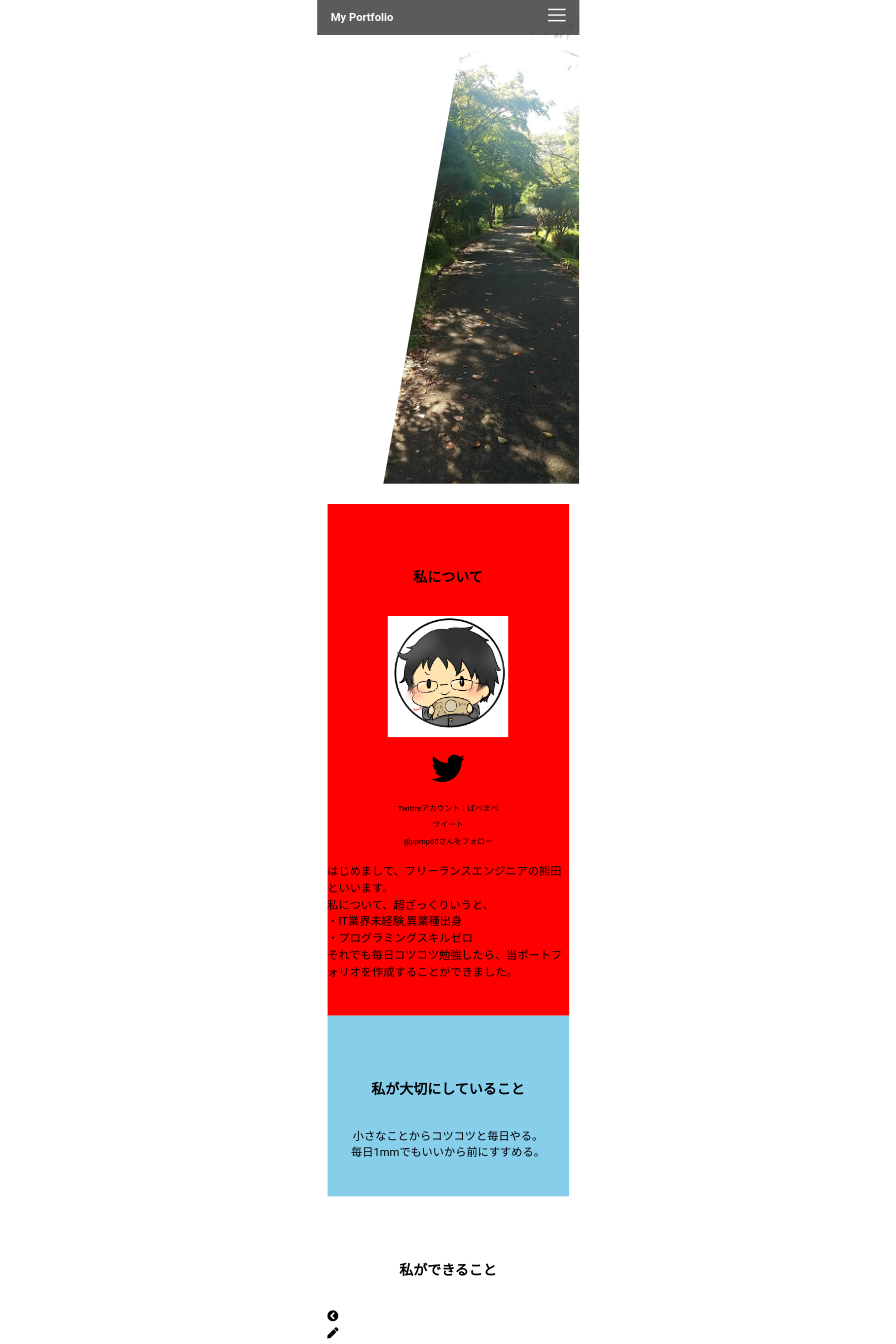
Repository: ppmp556/portfolio6
Page: index copy.html
These files come from the project's save history. The page is drawn as it stood at one moment and after the next save; the edit follows.
The browser window is 1280 px wide. The pictures show the part of the page from y = 0 to 1920 px (the page is 3189 px tall), at 70% of full size.
Some web libraries are served in a nearby version. The style sheet was rebuilt from its Sass, Less or Tailwind sources for each picture, by a compiler version that may differ from the author's.

Above is the page before, as saved 2020-10-12 22:17:00.
Console error: TypeError: Cannot read properties of null (reading 'addEventListener')

### index copy.html
<!DOCTYPE html>
<html ja>
  <head>
    <meta charset="utf-8" />
    <meta
      name="viewport"
      content="width=device-width, initial-scale=1.0, maximum-scale=1.0, minimum-scale=1.0"
    />
    <title>ポートフォリオ</title>
    <link rel="stylesheet" href="css/faundation.css" />
    <link rel="stylesheet" href="css/main.css" />
    <link
      href="https://use.fontawesome.com/releases/v5.6.1/css/all.css"
      rel="stylesheet"
    />
    <script src="https://ajax.googleapis.com/ajax/libs/jquery/3.4.1/jquery.min.js"></script>
  </head>

  <body>
    <div class="container">

      <div class="kv" id="kv">
        <div class="kv_container">
          <p class="kv_ttl">kuma</p>
          <img src="images/道.jpg" alt="" class="kv_img">


          <!-- <img src="/images/3566338_s.jpg" alt="" class="kv_img"> -->
          <!-- <img src="/images/3566338_s.jpg" alt="" class="kv_img"> -->
          <!-- <img src="/images/3566338_s.jpg" alt="" class="kv_img"> -->
          <!-- <img src="/images/3566338_s.jpg" alt="" class="kv_img"> -->
          <div class="kv_wrapper line">
            <p class="kv_animetype">
                <!-- ポートフォリオ<span class="line_type">|</span> -->
            </p><!-- /.kv_animetype -->

          </div><!-- /.kv_wrapper -->
        </div><!-- /.kv_container -->
      </div>
      <!-- /#kv.kv -->

      <header class="header" id="top">
        <div class="header_inner flex">
          <h1 class="header_ttl"><a href="index.html">My Portfolio</a></h1>
          <!-- /.header_ttl -->

          <nav class="nav">
            <!-- ハンバーガーメニュー部分 -->

            <div class="nav_ham" id="nav_toggle">
              <span class="nav_line tg1"></span>
              <span class="nav_line tg2"></span>
              <span class="nav_line tg3"></span>
            </div>
            <!-- ハンバーガーメニューここまで -->

            <ul class="nav_list flex">
              <div class="nav_inner">
                <li class="nav_item">
                  <a href="#Top" class="nav_link">TOP</a>
                </li>
                <!-- /.nav_item -->
                <li class="nav_item">
                  <a href="#about" class="nav_link">Profile</a>
                </li>
                <!-- /.nav_item -->
                <li class="nav_item">
                  <a href="#skill" class="nav_link">Skill</a>
                </li>
                <!-- /.nav_item -->
                <li class="nav_item">
                  <a href="#blog" class="nav_link">Blog</a>
                </li>
                <!-- /.nav_item -->
                <li class="nav_item">
                  <a href="#create" class="nav_link">Create</a>
                </li>
                <!-- /.nav_item -->
              </div><!-- /.nav_inner -->
            </ul>
            <!-- /.nav_list -->
          </nav>
          <!-- /.nav -->
        </div><!-- /.header_inner -->
      </header>
      <!-- /.header -->



      <main class="main_container">
        <div class="inner">

          <section class="about" id="about">
            <h2 class="section_ttl">私について</h2>
            <!-- /.section_ttl -->

            <div class="section_inner">
              <div class="about_left">
                <div class="about_imgbox">
                  <img src="images/アイコン.jpg" alt="" class="about_img">
                  <div class="about_share">
                    <a href="" class="about_share_icon">
                      <i class="fab fa-twitter fa-3x share"></i>
                      <p class="about_sharetxt">Twittreアカウント：ぱぺまぺ</p>
                      <!-- /.about_sharetxt --> </a
                    ><!-- /.about_share_icon -->
                      <br>
                    <a
                      href="https://twitter.com/share"
                      class="twitter_share_button"
                      data-via="webgaku"
                      data-lang="ja"
                      >ツイート</a
                    >
                      <br>
                    <a
                      href="https://twitter.com/ppmp65"
                      class="twitter_follow_button"
                      data-show-count="false"
                      data-lang="ja"
                      >@ppmp65さんをフォロー</a
                    >
                  </div>
                  <!-- /.about_share -->
                </div>
                <!-- /.about_imgbox -->
              </div>
              <!-- /.about_left -->

              <div class="about_right">
                <p class="about_txt">
                  はじめまして、フリーランスエンジニアの熊田といいます。<br />
                  私について、超ざっくりいうと、<br />

                  ・IT業界未経験,異業種出身 <br />
                  ・プログラミングスキルゼロ<br />

                  それでも毎日コツコツ勉強したら、当ポートフォリオを作成することができました。
                </p>
                <!-- /.about_txt -->
              </div>
              <!-- /.about_right -->
            </div>
            <!-- /.section_inner -->
          </section>
          <!-- /#about.about -->

          <section class="policy" id="policy">
            <h2 class="section_ttl">私が大切にしていること</h2>
            <!-- /.section_ttl -->

            <div class="policy_animebox">
              <div class="policy_anime">
                <p class="policy_txt">
                  小さなことからコツコツと毎日やる。<br />
                  毎日1mmでもいいから前にすすめる。
                </p>
                <!-- /.policy_txt -->
              </div>
              <!-- /.policy_anime -->
            </div>
            <!-- /.policy_anime -->
          </section>
          <!-- /#policy.policy -->

          <section class="skill" id="skill">
            <div class="scroll_fade_row">
              <h2 class="section_ttl">私ができること</h2>
              <!-- /.section_ttl -->

              <div class="skill_box">
                <div class="skill_content">
                  <div class="slide_btn prev">
                    <i class="fas fa-chevron-circle-left"></i>
                  </div>
                  <!-- /.slide_btn -->

                  <div class="skill_inner">
                    <div class="skill_inbox slide active">
                      <i class="skillIcon fas fa-pen"></i>
                      <p class="skill_inboxttl">執筆</p>
                      <!-- /.skill_inboxttl -->
                      <p class="skill_txt">
                        文章を考えるのが好きです<br />
                        ブログ執筆で毎日1000～2000文字程度<br />
                        書いています。<br />
                        ブログは毎日1日1記事更新。
                      </p>
                      <!-- /.skill_txt -->
                    </div>
                    <!-- /.skill_inbox -->

                    <div class="skill_inbox slide active">
                      <i class="skillIcon fas fa-code"></i>
                      <p class="skill_inboxttl">コーディング</p>
                      <!-- /.skill_inboxttl -->
                      <p class="skill_txt">
                        独学とプログラミングスクール併用<br />
                        全くの知識ゼロから始めました。<br />
                      </p>
                      <!-- /.skill_txt -->
                    </div>
                    <!-- /.skill_inbox -->

                    <div class="skill_inbox slide active">
                      <i class="skillIcon fas fa-pen"></i>
                      <p class="skill_inboxttl">執筆</p>
                      <!-- /.skill_inboxttl -->
                      <p class="skill_txt">
                        文章を考えるのが好きです<br />
                        ブログ執筆で毎日1000～2000文字程度<br />
                        書いています。<br />
                        ブログは毎日1日1記事更新。
                      </p>
                      <!-- /.skill_txt -->
                    </div>
                    <!-- /.skill_inbox -->

                    <div class="skill_inbox slide active">
                      <i class="skillIcon fas fa-cog"></i>
                      <p class="skill_inboxttl">執筆</p>
                      <!-- /.skill_inboxttl -->
                      <p class="skill_txt">
                        文章を考えるのが好きです<br />
                        ブログ執筆で毎日1000～2000文字程度<br />
                        書いています。<br />
                        ブログは毎日1日1記事更新。
                      </p>
                      <!-- /.skill_txt -->
                    </div>
                    <!-- /.skill_inbox -->
                  </div>
                  <!-- /.skill_inner -->
                </div>
                <!-- /.skill_content -->
              </div>
              <!-- /.skill_box -->
            </div>
            <!-- /.scroll_fade_row -->
          </section>
          <!-- /#skill.skill -->

          <section class="blog" id="blog">
            <div class="scroll_fade_row">
              <h2 class="section_ttl">ブログ</h2>
              <!-- /.section_ttl -->

              <div class="section_inner">
                <h3 class="blog_txt">ぱぺまぺの低年収者のための資産運用計画</h3>
                <!-- /.blog_txt -->

                <div class="blog_imgbox">
                  <a href="https://ppmp556.com"
                    >https://ppmp556.com
                    <img
                      class="blogImg"
                      src="images/invest01.png"
                      alt="ブログ1"
                    />
                  </a>
                </div>
                <!-- /.blog_imgbox -->
                <div class="blog_txtbox">
                  <p class="blog_txt">
                    投資ブログです。<br />
                    資金が少なくてもできる投資や、<br />
                    初心者向けの投資、投資についての考え方や<br />
                    ヒントなどを発信しています。（1日1記事更新）
                  </p>
                  <!-- /.blog_txt -->
                </div>
                <!-- /.blog_txtbox -->
              </div>
              <!-- /.section_inner -->
            </div>
            <!-- /.scroll_fade_row -->
          </section>
          <!-- /#blog.blog -->

          <section class="create" id="create">
            <div class="scroll_fade_row">
              <h2 class="section_ttl">制作物</h2>
              <!-- /.section_ttl -->
              <div class="section_inner">
                <div class="create_imgbox">
                  <p class="create_ttl">ポートフォリオ<br />（このサイト）</p>
                  <!-- /.create_ttl -->

                  <!-- アコーディオンメニュー実装する -->
                </div>
                <!-- /.create_imgbox -->
              </div>
              <!-- /.section_inner -->
            </div>
            <!-- /.scroll_fade_row -->
          </section>
          <!-- /#create.create -->
        </div>
        <!-- /.inner -->
      </main>

      <footer class="footer">
        <ul class="footer_list">
          <li class="footer_nav">
            <a href="" class="footer_link"></a>
          </li>
          <!-- /.footer_nav -->
          <li class="footer_nav">
            <a href="" class="footer_link"></a>
          </li>
          <!-- /.footer_nav -->
          <li class="footer_nav">
            <a href="" class="footer_link"></a>
          </li>
          <!-- /.footer_nav -->
          <li class="footer_nav">
            <a href="" class="footer_link"></a>
          </li>
          <!-- /.footer_nav -->
          <li class="footer_nav">
            <a href="" class="footer_link"></a>
          </li>
          <!-- /.footer_nav -->
        </ul>
        <!-- /.footer_list -->

        <div class="footer_copy">
          <small class="footer_txt">@ copyright</small
          ><!-- /.footer_txt -->
        </div>
        <!-- /.footer_copy -->
      </footer>
      <!-- /.footer -->
    </div>
    <!-- /.container -->

    <!-- <btn id="page-top"><a href="#top">PAGE TOP</a></btn> -->
    <script src="https://code.jquery.com/jquery-3.4.1.js"></script>
    <script src="main.js"></script>
  </body>
</html>

### css/faundation.css
/*
html5doctor.com Reset Stylesheet
v1.6.1
Last Updated: 2010-09-17
Author: Richard Clark - http://richclarkdesign.com
Twitter: @rich_clark
*/

html,
body,
div,
span,
object,
iframe,
h1,
h2,
h3,
h4,
h5,
h6,
p,
blockquote,
pre,
abbr,
address,
cite,
code,
del,
dfn,
em,
img,
ins,
kbd,
q,
samp,
small,
strong,
sub,
sup,
var,
b,
i,
dl,
dt,
dd,
ol,
ul,
li,
fieldset,
form,
label,
legend,
table,
caption,
tbody,
tfoot,
thead,
tr,
th,
td,
article,
aside,
canvas,
details,
figcaption,
figure,
footer,
header,
hgroup,
menu,
nav,
section,
summary,
time,
mark,
audio,
video {
  margin: 0;
  padding: 0;
  border: 0;
  outline: 0;
  font-size: 100%;
  vertical-align: baseline;
  background: transparent;
}

body {
  line-height: 1.5;
}

article,
aside,
details,
figcaption,
figure,
footer,
header,
hgroup,
menu,
nav,
section {
  display: block;
}

nav ul {
  list-style: none;
}

table {
  border-collapse: collapse;
  border-spacing: 0;
}


a {
  color: inherit;
  text-decoration: none;
}


img {
  width: 100%;

  /*画像がはみでるのを防ぐ　max-width*/
  max-width: 100%;
  height: auto;

  vertical-align: bottom;
}

/* h1,h2,h3,h4,h5,h6 { */
/* font-weight: bold; */
/* } */

### css/main.scss
@charset 'utf-8';

/****************************************:

全体のスタイル

*****************************************:*/


$cWhite: #ffffff;
$cOcher: #c1a250;
$cBlack: #333;
$cGray: rgb(139, 137, 137);
$cBgColor: #eaebed;


$widthPc: 1024px;
$widthTab: 764px;
$widthSp: 480px;

@mixin fontsize($cFontSz: 3.6rem) {
    font-size: $cFontSz;
    color: $cWhite;
}





@mixin pc {
    @media screen and (min-width: $widthPc) {
        @content;
    }
}


@mixin tab {
    @media screen and (min-width: $widthTab) and (max-width: $widthPc) {
        @content;
    }
}



html {
    // ルートのフォントサイズ 10pxに設定
    font-size: 62.5%;
}

body {
    // デフォルトのフォントサイズ 16pxと同等のサイズに設定
    font-size: 1.6em;
    font-size: 16px;
    width: 375px;
    margin: 0 auto;
    font-family: "Roboto", sans-serif, "Noto Sans";
}


* {
    box-sizing: border-box;
}


.overall {
    font-family: "Yu Gothic", YuGothic, "Hiragino Kaku Gothic Pro", "YuGothic",
        "Meiryo", verdana, "Osaka", "MS PGothic", Sans-Serif, "Yu Mincho",
        YuMincho, "MS P Mincho", serif;

    background-color: $cBgColor;
}

.container {
    width: 100%;
    margin: 0 auto;
    // color: $cWhite;
    position: relative;
    overflow: hidden;
}



.mock {
    /* モック画像 */
    position: absolute;
    top: 0;
    left: 0;
    right: 0;
    margin: 0 auto;
    width: 375px;
    opacity: 0.3;

    /* 反転 */
    filter: hue-rotate(180deg);

    /* テキストを掴まないように */
    pointer-events: none;

    z-index: 999;
}



.flex {
    display: flex;
    justify-content: space-between;
}

.inner {
    margin: 0 auto;
    padding: 0 15px;
}

.section_ttl {
    display: block;
    text-align: center;
    margin: 40px 0;
    font-size: 2rem;
}

/****************************************:

kv

*****************************************:*/

.kv {
    position: relative;
    // background-color: red;

    &_container {
        height: 100vh;

        clip-path: polygon(58% 0, 100% 0, 100% 100%, 24% 100%);



    }

    &::before {
        content: '';

        position: absolute;
        top: 150px;
        left: 20px;
        font-size: 5rem;
        color: $cBlack;

    }


    &_img {
        width: 100%;
        // height: 100%;
        display: block;

    }

    &_wrapper {
        position: absolute;
        top: 50%;
        left: 50%;
        transform: translate(-50%, -50%);
    }

    &_animetype {
        color: $cWhite;
    }


}


/****************************************:
タイプアニメーション
*****************************************:*/


.line {
    // position: relative;
    top: 50%;
    width: 24em;
    text-align: center;
    margin: 0 auto;
    font-size: 100%;
    white-space: nowrap;
    overflow: hidden;
    animation: type 2.5s steps(80, end);
    animation: typewriter 4s steps(60) 1s 1 normal both,
    /* normal:標準の方向で実行、both:forwardsとbackwardsの両方の規定に従う */
    blinkTextCursor 500ms steps(60) infinite normal;

    &_type {
        font-size: 25px;
        animation: blink 1s infinite;
        /* blink:点滅、infinite:無限に繰り返す */
    }
}



@keyframes type {
    from { width: 0; }
    to   {width: 100%; }
}


@keyframes blink {
    to{opacity: .0;}
}


@keyframes typewriter {
    from { width: 0; }
    to { width: 24em; }
}

@keyframes blinkTextCursor{/*点滅するカーソルのアニメーション*/
    from { border-right-color: $cWhite; }
    to { border-right-color: transparent; }
}





/****************************************:

policy

*****************************************:*/

.policy {
    padding: 50px 0;
    background-color: skyblue;
    margin: 0 auto;

    &_txt {
        text-align: center;

    }
}









/****************************************:

skill

*****************************************:*/


.skill {
    padding: 50px 0;
}














/****************************************:

header

*****************************************:*/

.header {
    position: absolute;
    top: 0;
    left: 0;
    width: 100%;
    background-color: $cBlack;
    opacity: 0.8;
    padding: 0 20px;
    line-height: 50px;
    color: $cWhite;
    z-index: 99;

    &.clicked {
        background-color: transparent;
    }

    &_inner.clicked {
        width: 85%;
        padding: 0 20px;
        margin-left: 35%;
        background-color: red;
        transition: .3s;
    }
}









/****************************************:

nav

*****************************************:*/

.nav {
    position: relative;



    &_list {
        position: absolute;
        right: -1000px;
        // right: -5vw;
        display: flex;
        flex-direction: column;

        &.clicked {
            right: -5vw;
            transition: .6s;
        }
    }

    &_inner {
        background-color: red;
        height: 88.9vh;
        width: 60.1vw;
        margin-top: 17%;

    }

    // ハンバーガーメニュー
    &_ham {
        cursor: pointer;
        position: absolute;
        top: 50%;
        right: 0;
        transform: translateY(-50%);
        // background-color: #ffffff;
        width: 25px;
        height: 25px;
        z-index: 100;

        &.clicked {
            right: 40px;
        }
    }

    &_line {
        position: absolute;
        width: 100%;
        height: 2px;
        background-color: $cWhite;

        &:nth-child(1) {
            top: 0px;
            // left: -5px;

        }

        &:nth-child(2) {
            top: 8px;
            // left: 5px;
        }

        &:nth-child(3) {
            top: 16px;
            /* left: -5px; */
        }

        &.clicked:nth-child(1) {
            transform: translateY(12px) rotate(-315deg);
            transition: .5s;

        }
        &.clicked:nth-child(2) {
            left: 0;
            transition: .9s;
            opacity: 0;

        }
        &.clicked:nth-child(3) {
            transform: translateY(-4px) rotate(315deg);
            transition: .5s;

        }




    }

    &_item {
        text-align: center;
    }


}




/****************************************:

about

*****************************************:*/

.about {
    padding: 50px 0;
    background-color: red;

    &_imgbox {
        width: 50%;
        margin: 0 auto;
    }

    &_img {
        display: block;
        width: 100%;
        height: 100%;
    }

    &_share {
        text-align: center;

        &_icon {
            width: 100%;
        }
    }
    &_sharetxt {
        display: inline-block;
        font-size: 1.1rem;
    }

    &_left {
        margin: 20px 0;
    }
}

.share {
    padding: 20px 0;

    &:hover {
        margin-bottom: 5px;
    }
}

.twitter {

    &_share_button {
        font-size: 1.1rem;
    }

    &_follow_button {
        font-size: 1.1rem;
    }
}

.fa-twitter {
    font-size: 2rem;
}

Loaded but not shown: main.js (197 lines, source omitted)

After the next save:
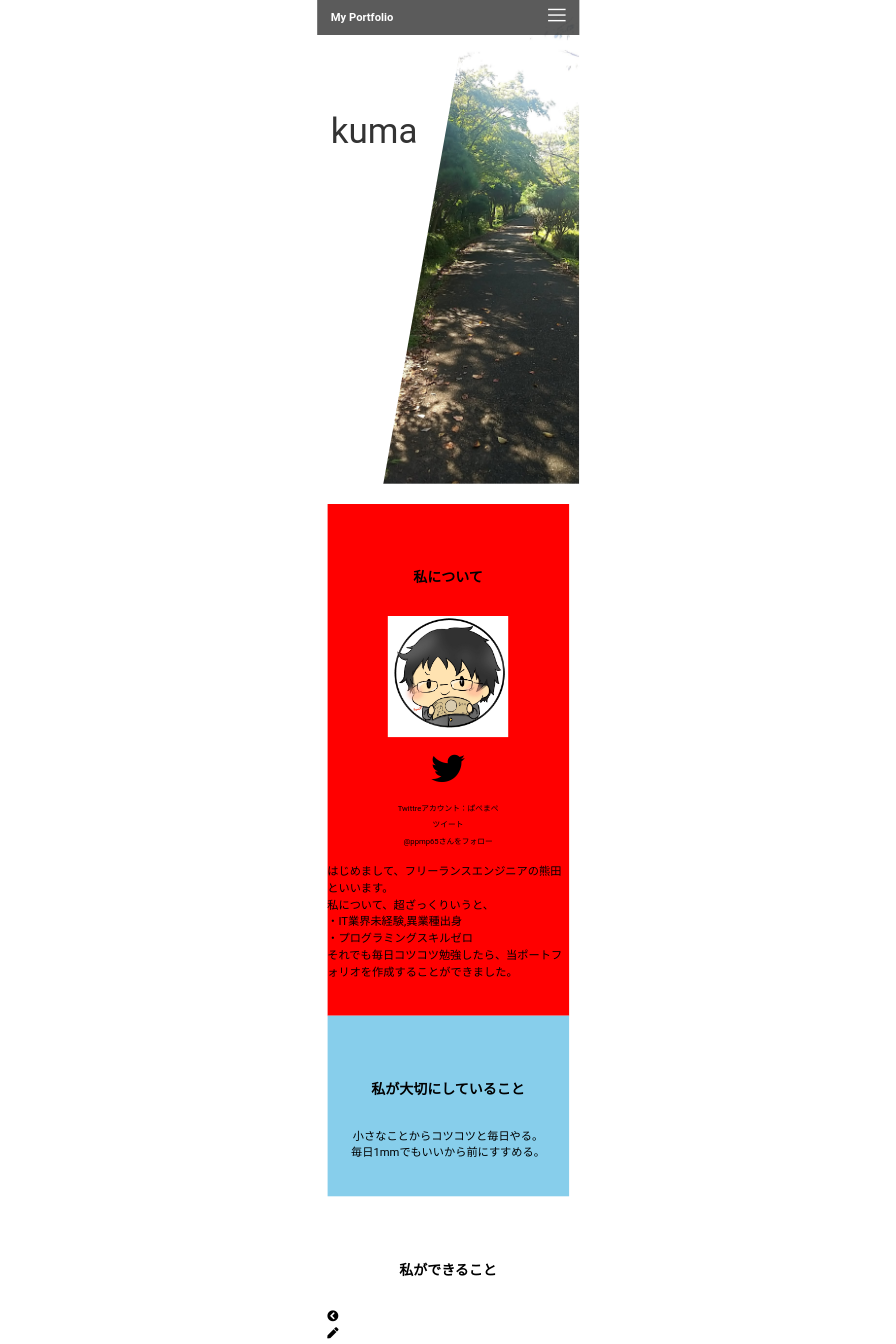
Saved 4 s later.
--- a/css/main.scss
+++ b/css/main.scss
@@ -138,7 +138,7 @@ kv
     }
 
     &::before {
-        content: '';
+        content: 'kuma';
 
         position: absolute;
         top: 150px;
